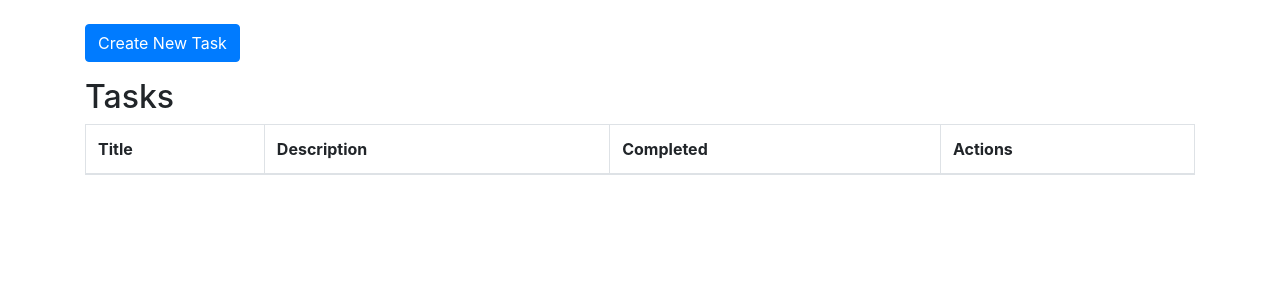
Repository: Abdulahi338/Crude-operation-using-MVC
Page: http://localhost/tasks
The author's editor kept a copy of each file at every save. The page is drawn from the files as they stood at one save, then again after the next save.
The browser window is 1280 px wide. The pictures show the whole page.
Some web libraries are served in a nearby version. The page is served by the project's Laravel application, run on PHP 8.4 with Laravel 12. Queries for data that is not in the repository find no rows.

Above is the page before, as saved 2024-09-05 11:34:05.

After the next save:
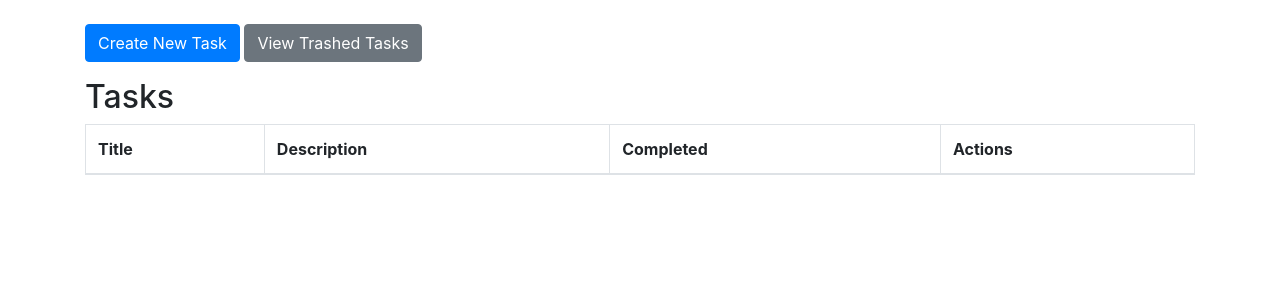
Saved 33 s later.
--- a/resources/views/tasks/index.blade.php
+++ b/resources/views/tasks/index.blade.php
@@ -19,6 +19,7 @@
         @endif
 
         <a href="{{ route('tasks.create') }}" class="btn btn-primary mb-3">Create New Task</a>
+        <a href="{{ route('tasks.trashed') }}" class="btn btn-secondary mb-3">View Trashed Tasks</a>
 
         <h2>Tasks</h2>
         <table class="table table-bordered">
@@ -37,20 +38,13 @@
                         <td>{{ $task->description }}</td>
                         <td>{{ $task->completed ? 'Yes' : 'No' }}</td>
                         <td>
-                            @if($task->deleted_at)
-                                <form action="{{ route('tasks.restore', $task->id) }}" method="POST" style="display:inline;">
-                                    @csrf
-                                    <button type="submit" class="btn btn-success">Restore</button>
-                                </form>
-                            @else
-                                <a href="{{ route('tasks.edit', $task->id) }}" class="btn btn-warning">Edit</a>
+                            <a href="{{ route('tasks.edit', $task->id) }}" class="btn btn-warning">Edit</a>
 
-                                <form action="{{ route('tasks.destroy', $task->id) }}" method="POST" style="display:inline;">
-                                    @csrf
-                                    @method('DELETE')
-                                    <button type="submit" class="btn btn-danger">Delete</button>
-                                </form>
-                            @endif
+                            <form action="{{ route('tasks.destroy', $task->id) }}" method="POST" style="display:inline;">
+                                @csrf
+                                @method('DELETE')
+                                <button type="submit" class="btn btn-danger">Delete</button>
+                            </form>
                         </td>
                     </tr>
                 @endforeach
